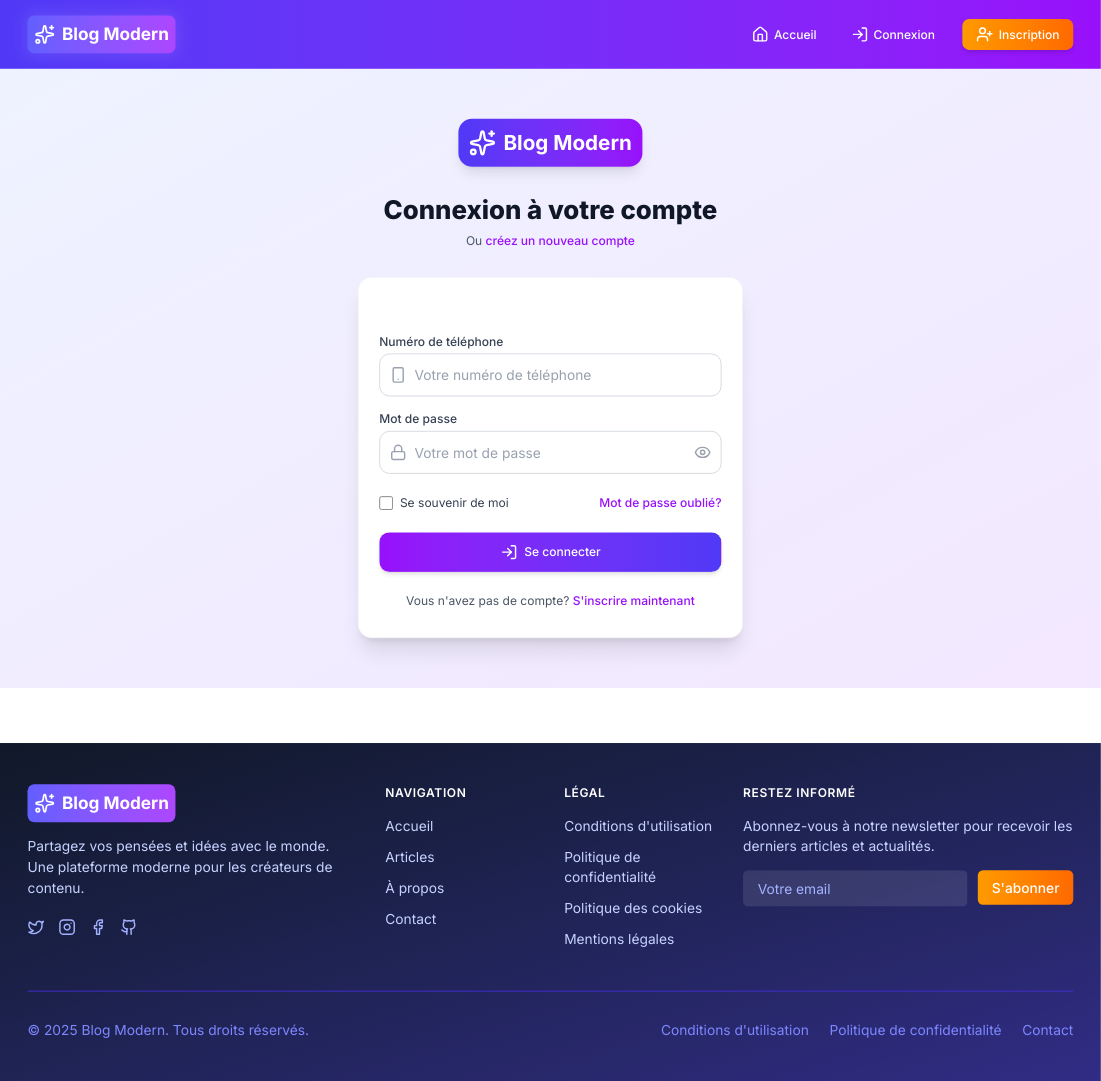
Repository: lamatmed/blognextjsapi
Page: /auth/login
The author's editor kept a copy of each file at every save. The page is drawn from the files as they stood at one save, then again after the next save.
The browser window is 1280 px wide. The pictures show the whole page, at 86% of full size.
The project was rebuilt for these pictures with package versions that can differ from the ones it lists, and the page was loaded fresh each time. The framework's server and built-in components were replaced by stand-ins that run in the browser. Also part of the build but not shown: next.config.ts.

Above is the page before, as saved 2025-08-25 11:32:40.

### app/layout.tsx
import type { Metadata } from 'next';
import { Inter } from 'next/font/google';
import './globals.css';
import Navbar from './components/Navbar';
import Footer from './components/Footer';
import { AuthProvider } from '@/context/AuthContext';

const inter = Inter({ subsets: ['latin'] });

export const metadata: Metadata = {
  title: 'Blog App',
  description: 'A simple blog application',
};

export default function RootLayout({
  children,
}: {
  children: React.ReactNode;
}) {
  return (
    <html lang="en">
      <body className={inter.className}>
        <AuthProvider>

            <Navbar />

              {children}

            <Footer />

        </AuthProvider>
      </body>
    </html>
  );
}

### app/auth/login/page.tsx
/* eslint-disable react/no-unescaped-entities */
'use client';

import { useState, useContext } from 'react';
import Link from 'next/link';
import { useRouter } from 'next/navigation';
import { Eye, EyeOff, LogIn, Smartphone, Lock, Sparkles } from 'lucide-react';
import { AuthContext } from '@/context/AuthContext';

export default function LoginPage() {
  const [phone, setPhone] = useState('');
  const [password, setPassword] = useState('');
  const [showPassword, setShowPassword] = useState(false);
  const [error, setError] = useState('');
  const [isLoading, setIsLoading] = useState(false);
  const router = useRouter();
  const { login } = useContext(AuthContext);

  const handleSubmit = async (e: React.FormEvent) => {
    e.preventDefault();
    setIsLoading(true);
    setError('');

    try {
      const response = await fetch('/api/auth/login', {
        method: 'POST',
        headers: {
          'Content-Type': 'application/json',
        },
        body: JSON.stringify({ phone, password }),
      });

      const data = await response.json();

      if (response.ok) {
        login(data.token, data.user);
        router.push('/posts');
      } else {
        setError(data.error || 'Échec de la connexion');
      }
    } catch (error) {
      setError('Une erreur est survenue. Veuillez réessayer.');
    } finally {
      setIsLoading(false);
    }
  };

  return (
    <div className="min-h-screen flex items-center justify-center bg-gradient-to-br from-indigo-50 to-purple-100 py-8 px-4 sm:px-6 lg:px-8">
      <div className="max-w-md w-full space-y-8">
        <div className="text-center">
          <div className="flex justify-center">
            <div className="flex items-center bg-gradient-to-r from-indigo-600 to-purple-600 text-white p-3 rounded-2xl shadow-lg">
              <Sparkles className="h-8 w-8 mr-2" />
              <span className="text-2xl font-bold">Blog Modern</span>
            </div>
          </div>
          <h2 className="mt-8 text-3xl font-extrabold text-gray-900">
            Connexion à votre compte
          </h2>
          <p className="mt-2 text-sm text-gray-600">
            Ou{' '}
            <Link
              href="/auth/register"
              className="font-medium text-purple-600 hover:text-purple-500 transition-colors duration-300"
            >
              créez un nouveau compte
            </Link>
          </p>
        </div>

        <div className="bg-white py-8 px-6 shadow-xl rounded-2xl border border-gray-100">
          <form className="mt-8 space-y-6" onSubmit={handleSubmit}>
            {error && (
              <div className="bg-red-50 border border-red-200 text-red-600 px-4 py-3 rounded-lg flex items-center">
                <svg className="w-5 h-5 mr-2" fill="currentColor" viewBox="0 0 20 20">
                  <path fillRule="evenodd" d="M18 10a8 8 0 11-16 0 8 8 0 0116 0zm-7 4a1 1 0 11-2 0 1 1 0 012 0zm-1-9a1 1 0 00-1 1v4a1 1 0 102 0V6a1 1 0 00-1-1z" clipRule="evenodd" />
                </svg>
                {error}
              </div>
            )}

            <div className="space-y-4">
              <div>
                <label htmlFor="phone" className="block text-sm font-medium text-gray-700 mb-1">
                  Numéro de téléphone
                </label>
                <div className="relative">
                  <div className="absolute inset-y-0 left-0 pl-3 flex items-center pointer-events-none">
                    <Smartphone className="h-5 w-5 text-gray-400" />
                  </div>
                  <input
                    id="phone"
                    name="phone"
                    type="text"
                    required
                    className="appearance-none block w-full pl-10 pr-3 py-3 border border-gray-300 rounded-xl placeholder-gray-400 focus:outline-none focus:ring-2 focus:ring-purple-500 focus:border-purple-500 transition-colors duration-300"
                    placeholder="Votre numéro de téléphone"
                    value={phone}
                    onChange={(e) => setPhone(e.target.value)}
                  />
                </div>
              </div>

              <div>
                <label htmlFor="password" className="block text-sm font-medium text-gray-700 mb-1">
                  Mot de passe
                </label>
                <div className="relative">
                  <div className="absolute inset-y-0 left-0 pl-3 flex items-center pointer-events-none">
                    <Lock className="h-5 w-5 text-gray-400" />
                  </div>
                  <input
                    id="password"
                    name="password"
                    type={showPassword ? "text" : "password"}
                    required
                    className="appearance-none block w-full pl-10 pr-10 py-3 border border-gray-300 rounded-xl placeholder-gray-400 focus:outline-none focus:ring-2 focus:ring-purple-500 focus:border-purple-500 transition-colors duration-300"
                    placeholder="Votre mot de passe"
                    value={password}
                    onChange={(e) => setPassword(e.target.value)}
                  />
                  <button
                    type="button"
                    className="absolute inset-y-0 right-0 pr-3 flex items-center"
                    onClick={() => setShowPassword(!showPassword)}
                  >
                    {showPassword ? (
                      <EyeOff className="h-5 w-5 text-gray-400 hover:text-gray-600" />
                    ) : (
                      <Eye className="h-5 w-5 text-gray-400 hover:text-gray-600" />
                    )}
                  </button>
                </div>
              </div>
            </div>

            <div className="flex items-center justify-between">
              <div className="flex items-center">
                <input
                  id="remember-me"
                  name="remember-me"
                  type="checkbox"
                  className="h-4 w-4 text-purple-600 focus:ring-purple-500 border-gray-300 rounded"
                />
                <label htmlFor="remember-me" className="ml-2 block text-sm text-gray-700">
                  Se souvenir de moi
                </label>
              </div>

              <div className="text-sm">
                <a href="#" className="font-medium text-purple-600 hover:text-purple-500 transition-colors duration-300">
                  Mot de passe oublié?
                </a>
              </div>
            </div>

            <div>
              <button
                type="submit"
                disabled={isLoading}
                className="group relative w-full flex justify-center items-center py-3 px-4 border border-transparent text-sm font-medium rounded-xl text-white bg-gradient-to-r from-purple-600 to-indigo-600 hover:from-purple-700 hover:to-indigo-700 focus:outline-none focus:ring-2 focus:ring-offset-2 focus:ring-purple-500 disabled:opacity-75 transition-all duration-300 shadow-md hover:shadow-lg"
              >
                {isLoading ? (
                  <div className="animate-spin rounded-full h-5 w-5 border-b-2 border-white"></div>
                ) : (
                  <>
                    <LogIn className="w-5 h-5 mr-2" />
                    Se connecter
                  </>
                )}
              </button>
            </div>

            <div className="text-center">
              <p className="text-sm text-gray-600">
                Vous n'avez pas de compte?{' '}
                <Link
                  href="/auth/register"
                  className="font-medium text-purple-600 hover:text-purple-500 transition-colors duration-300"
                >
                  S'inscrire maintenant
                </Link>
              </p>
            </div>
          </form>
        </div>
      </div>
    </div>
  );
}

### app/components/Footer.tsx
/* eslint-disable react/no-unescaped-entities */
import { Facebook, Github, Instagram, Sparkles, Twitter } from "lucide-react";

export default function Footer() {
  return (
    <footer className="bg-gradient-to-br from-gray-900 to-indigo-900 text-white mt-16">
      <div className="max-w-7xl mx-auto px-4 sm:px-6 lg:px-8 py-12">
        <div className="grid grid-cols-1 md:grid-cols-3 gap-8">
          {/* Brand Section */}
          <div className="space-y-4">
            <div className="flex items-center">
              <div className="flex items-center bg-gradient-to-r from-indigo-500 to-purple-500 text-white p-2 rounded-lg">
                <Sparkles className="h-6 w-6 mr-2" />
                <span className="text-xl font-bold">Blog Modern</span>
              </div>
            </div>
            <p className="text-indigo-200 max-w-md">
              Partagez vos pensées et idées avec le monde. Une plateforme moderne pour les créateurs de contenu.
            </p>
            <div className="flex space-x-4 pt-2">
              <a href="#" className="text-indigo-300 hover:text-white transition-all duration-300 transform hover:scale-110">
                <Twitter className="h-5 w-5" />
              </a>
              <a href="#" className="text-indigo-300 hover:text-white transition-all duration-300 transform hover:scale-110">
                <Instagram className="h-5 w-5" />
              </a>
              <a href="#" className="text-indigo-300 hover:text-white transition-all duration-300 transform hover:scale-110">
                <Facebook className="h-5 w-5" />
              </a>
              <a href="#" className="text-indigo-300 hover:text-white transition-all duration-300 transform hover:scale-110">
                <Github className="h-5 w-5" />
              </a>
            </div>
          </div>

          {/* Links Section */}
          <div className="grid grid-cols-2 gap-8">
            <div>
              <h3 className="text-sm font-semibold text-white uppercase tracking-wider">Navigation</h3>
              <ul className="mt-4 space-y-3">
                <li>
                  <a href="#" className="text-base text-indigo-200 hover:text-white transition-colors duration-300">
                    Accueil
                  </a>
                </li>
                <li>
                  <a href="#" className="text-base text-indigo-200 hover:text-white transition-colors duration-300">
                    Articles
                  </a>
                </li>
                <li>
                  <a href="#" className="text-base text-indigo-200 hover:text-white transition-colors duration-300">
                    À propos
                  </a>
                </li>
                <li>
                  <a href="#" className="text-base text-indigo-200 hover:text-white transition-colors duration-300">
                    Contact
                  </a>
                </li>
              </ul>
            </div>
            <div>
              <h3 className="text-sm font-semibold text-white uppercase tracking-wider">Légal</h3>
              <ul className="mt-4 space-y-3">
                <li>
                  <a href="#" className="text-base text-indigo-200 hover:text-white transition-colors duration-300">
                    Conditions d'utilisation
                  </a>
                </li>
                <li>
                  <a href="#" className="text-base text-indigo-200 hover:text-white transition-colors duration-300">
                    Politique de confidentialité
                  </a>
                </li>
                <li>
                  <a href="#" className="text-base text-indigo-200 hover:text-white transition-colors duration-300">
                    Politique des cookies
                  </a>
                </li>
                <li>
                  <a href="#" className="text-base text-indigo-200 hover:text-white transition-colors duration-300">
                    Mentions légales
                  </a>
                </li>
              </ul>
            </div>
          </div>

          {/* Newsletter Section */}
          <div>
            <h3 className="text-sm font-semibold text-white uppercase tracking-wider">Restez informé</h3>
            <p className="mt-4 text-indigo-200">
              Abonnez-vous à notre newsletter pour recevoir les derniers articles et actualités.
            </p>
            <form className="mt-4 sm:flex sm:max-w-md">
              <label htmlFor="email-address" className="sr-only">Adresse email</label>
              <input
                type="email"
                name="email-address"
                id="email-address"
                autoComplete="email"
                required
                className="w-full min-w-0 appearance-none rounded-md border border-transparent bg-white/10 px-4 py-2 text-base text-white placeholder-indigo-300 focus:border-white focus:outline-none focus:ring-2 focus:ring-white"
                placeholder="Votre email"
              />
              <div className="mt-3 rounded-md sm:mt-0 sm:ml-3 sm:flex-shrink-0">
                <button
                  type="submit"
                  className="flex w-full items-center justify-center rounded-md bg-gradient-to-r from-amber-500 to-orange-500 px-4 py-2 text-base font-medium text-white hover:from-amber-600 hover:to-orange-600 focus:outline-none focus:ring-2 focus:ring-orange-500 focus:ring-offset-2 transition-all duration-300"
                >
                  S'abonner
                </button>
              </div>
            </form>
          </div>
        </div>

        {/* Bottom Section */}
        <div className="mt-12 pt-8 border-t border-indigo-700 flex flex-col md:flex-row justify-between items-center">
          <p className="text-base text-indigo-400">
            &copy; {new Date().getFullYear()} Blog Modern. Tous droits réservés.
          </p>
          <div className="flex space-x-6 mt-4 md:mt-0">
            <a href="#" className="text-indigo-400 hover:text-white transition-colors duration-300">
              Conditions d'utilisation
            </a>
            <a href="#" className="text-indigo-400 hover:text-white transition-colors duration-300">
              Politique de confidentialité
            </a>
            <a href="#" className="text-indigo-400 hover:text-white transition-colors duration-300">
              Contact
            </a>
          </div>
        </div>
      </div>
    </footer>
  );
}

### context/AuthContext.tsx
// context/AuthContext.tsx
'use client';

import React, { createContext, useState, useEffect, ReactNode } from 'react';

interface User {
  name: string;
  phone: string;
}

interface AuthContextType {
  isLoggedIn: boolean;
  user: User | null;
  login: (token: string, userData: User) => void;
  logout: () => void;
}

export const AuthContext = createContext<AuthContextType>({
  isLoggedIn: false,
  user: null,
  login: () => {},
  logout: () => {},
});

export const AuthProvider = ({ children }: { children: ReactNode }) => {
  const [isLoggedIn, setIsLoggedIn] = useState(false);
  const [user, setUser] = useState<User | null>(null);

  useEffect(() => {
    const token = localStorage.getItem('token');
    const userData = localStorage.getItem('user');

    if (token && userData) {
      setIsLoggedIn(true);
      setUser(JSON.parse(userData));
    }
  }, []);

  const login = (token: string, userData: User) => {
    localStorage.setItem('token', token);
    localStorage.setItem('user', JSON.stringify(userData));
    setIsLoggedIn(true);
    setUser(userData);
  };

  const logout = () => {
    localStorage.removeItem('token');
    localStorage.removeItem('user');
    setIsLoggedIn(false);
    setUser(null);
  };

  return (
    <AuthContext.Provider value={{ isLoggedIn, user, login, logout }}>
      {children}
    </AuthContext.Provider>
  );
};

Loaded but not shown: app/globals.css (common file); app/components/Navbar.tsx (198 lines, source omitted)

After the next save:
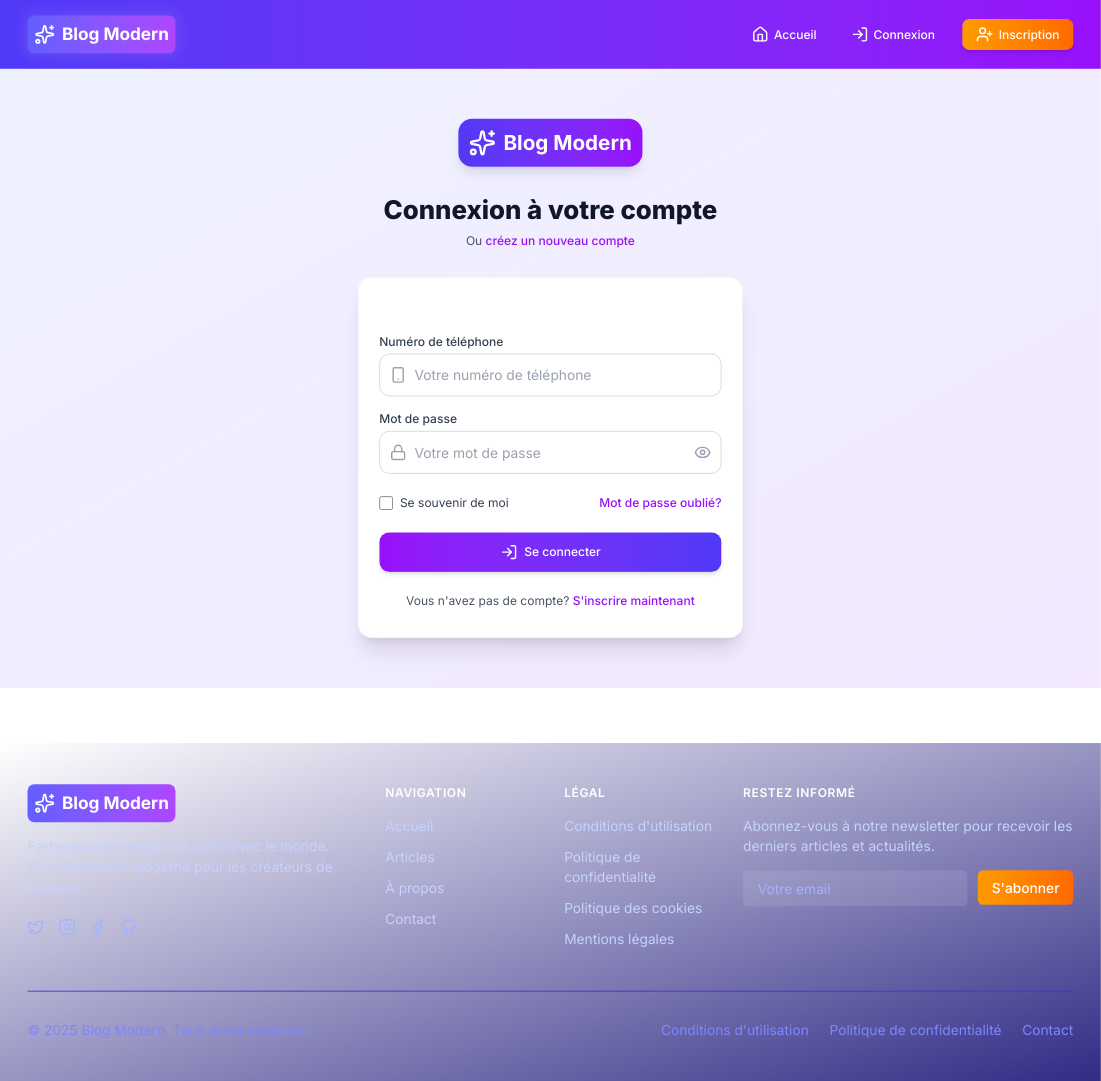
Saved 42 s later.
--- a/app/components/Footer.tsx
+++ b/app/components/Footer.tsx
@@ -3,7 +3,7 @@
 
 export default function Footer() {
   return (
-    <footer className="bg-gradient-to-br from-gray-900 to-indigo-900 text-white mt-16">
+    <footer className="bg-gradient-to-br to-indigo-900 text-white mt-16">
       <div className="max-w-7xl mx-auto px-4 sm:px-6 lg:px-8 py-12">
         <div className="grid grid-cols-1 md:grid-cols-3 gap-8">
           {/* Brand Section */}

After the save that followed:
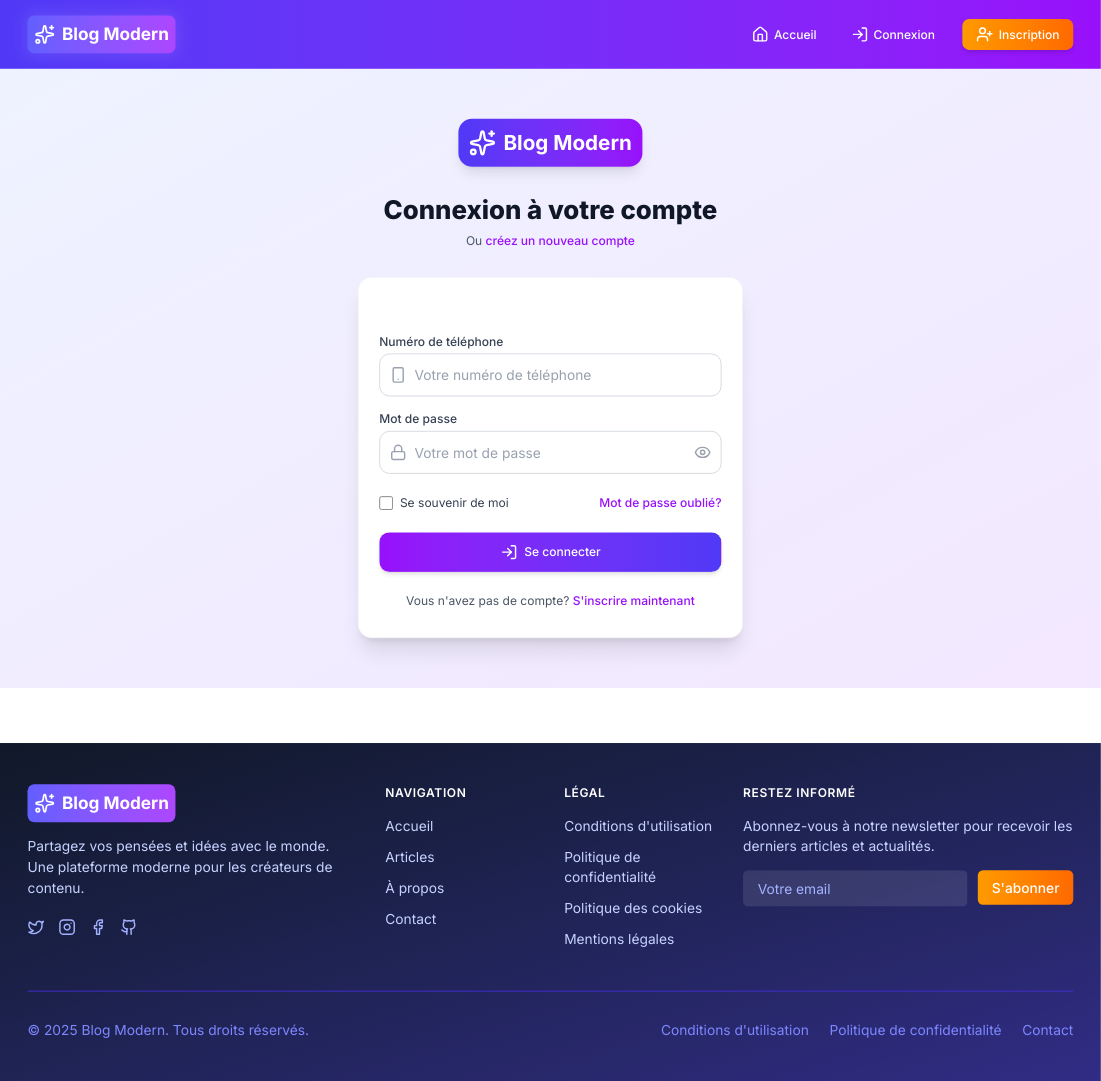
Saved 14 s later.
--- a/app/components/Footer.tsx
+++ b/app/components/Footer.tsx
@@ -3,7 +3,7 @@
 
 export default function Footer() {
   return (
-    <footer className="bg-gradient-to-br to-indigo-900 text-white mt-16">
+    <footer className="bg-gradient-to-br from-gray-900 to-indigo-900 text-white mt-16">
       <div className="max-w-7xl mx-auto px-4 sm:px-6 lg:px-8 py-12">
         <div className="grid grid-cols-1 md:grid-cols-3 gap-8">
           {/* Brand Section */}
